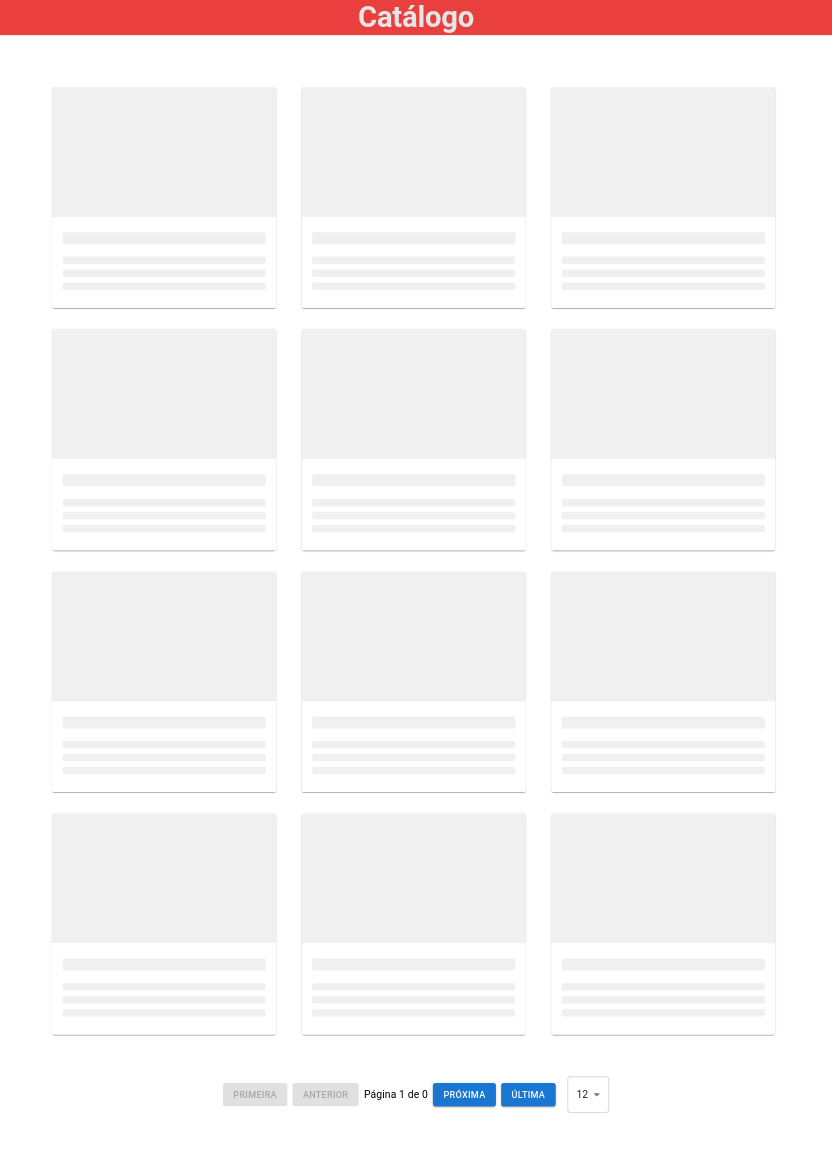
Repository: lenx0/PokeWiki-Front
Page: /
These files come from the project's save history. The page is drawn as it stood at one moment and after a run of saves; the edit follows.
The browser window is 1280 px wide. The pictures show the whole page, at 65% of full size.
The page's requests for data from a server got no answer. The project was rebuilt for these pictures with package versions that can differ from the ones it lists, and the page was loaded fresh each time. The framework's server and built-in components were replaced by stand-ins that run in the browser. No one was signed in, and anything a server would have sent is missing. Also part of the build but not shown: next.config.mjs.

Above is the page before, as saved 2024-02-17 11:38:48.

After the next 2 saves:
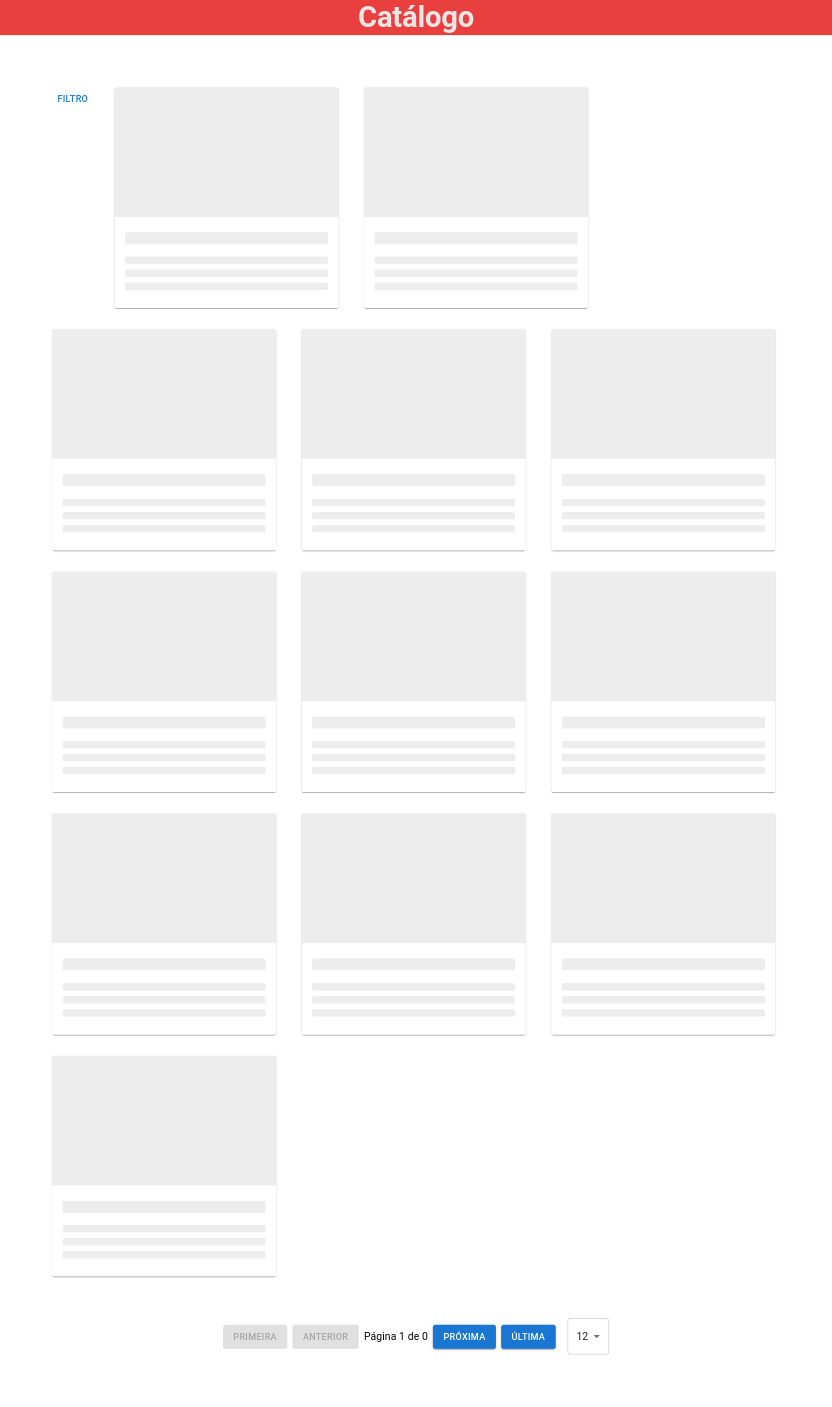
The 2 saves are shown as one change because 1 did not build or start.
The last was saved 38 min 2 s later.
--- a/src/app/components/Cards/index.jsx
+++ b/src/app/components/Cards/index.jsx
@@ -6,7 +6,8 @@ import {
   Typography,
   Grid,
   CardMedia,
-  Box
+  Box,
+  Button
 } from "@mui/material";
 
 import PokemonService from "@/services/PokemonService";
@@ -54,6 +55,9 @@ export default function Cards() {
   return (
     <>
       <Grid container spacing={4}>
+        <Grid item>
+          <Button>Filtro</Button>
+        </Grid>
         {(loading || pokemonList.length === 0) &&
           Array.from({ length: itemsPerPage }).map((_, index) => (
             <Grid item xs={12} sm={6} md={4} key={index}>
